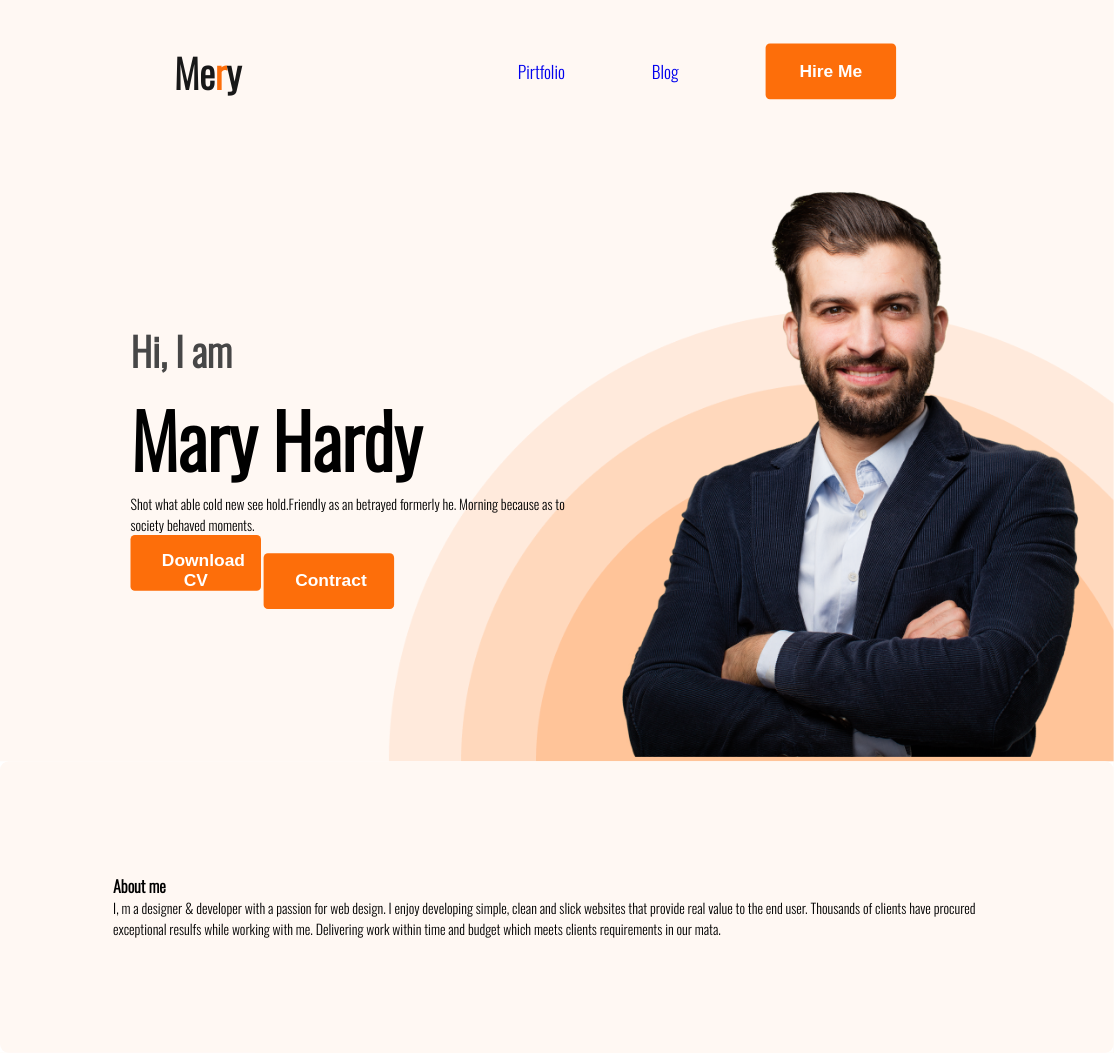
Repository: sumonkumarsarkar/my-website-personal
Page: index.html
These files come from the project's save history. The page is drawn as it stood at one moment and after the next save; the edit follows.
The browser window is 1280 px wide. The pictures show the whole page, at 87% of full size.

Above is the page before, as saved 2024-01-06 10:58:09.

After the next save:
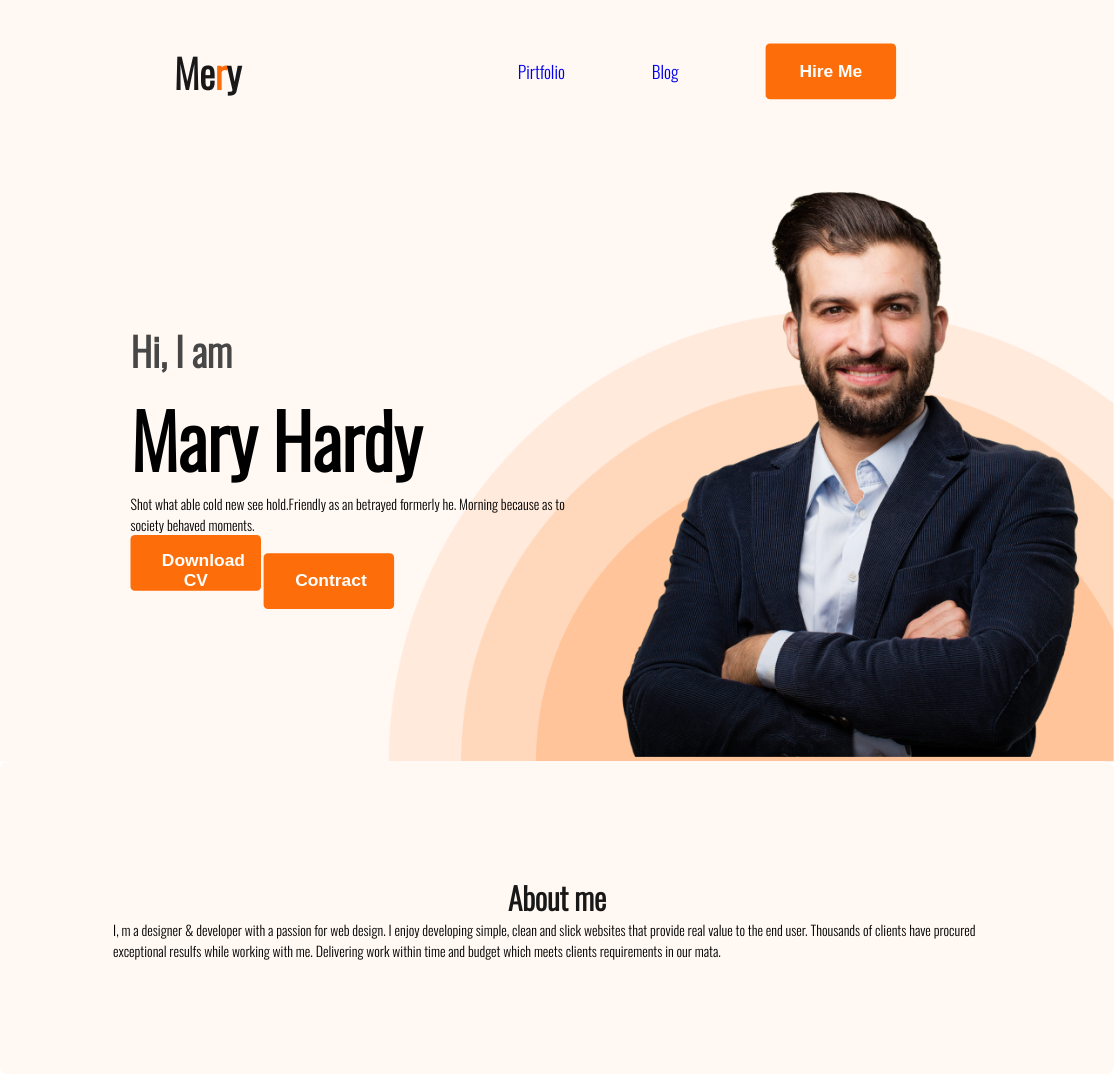
Saved 2 min 12 s later.
--- a/style.css
+++ b/style.css
@@ -1,97 +1,95 @@
-*{
-    margin: 0;
-    padding: 0;
+* {
+  margin: 0;
+  padding: 0;
 }
-body{
-    font-family: 'Open Sans', sans-serif;
-      font-family: 'Oswald', sans-serif;
+body {
+  font-family: "Open Sans", sans-serif;
+  font-family: "Oswald", sans-serif;
 }
-nav{
-    display: flex;
-   align-items: center;
-    justify-content:space-between;
-    margin: 0 200px;
+nav {
+  display: flex;
+  align-items: center;
+  justify-content: space-between;
+  margin: 0 200px;
 }
 
-.nav-title{
-    font-size:45px;
-    color:#181818;
-    line-height: normal;
-    font-weight: 800;
+.nav-title {
+  font-size: 45px;
+  color: #181818;
+  line-height: normal;
+  font-weight: 800;
 }
-.text-primary{
-
-    color:#FD6E0A;
-
+.text-primary {
+  color: #fd6e0a;
 }
-nav ul{
-    display:flex;
-   align-items: center;
+nav ul {
+  display: flex;
+  align-items: center;
 }
-nav a{
-    text-decoration:none;
+nav a {
+  text-decoration: none;
 }
-nav li{
- list-style: none;
- margin:50px;
-font-size:20px;
-color:#474747;
-text-align:center;
+nav li {
+  list-style: none;
+  margin: 50px;
+  font-size: 20px;
+  color: #474747;
+  text-align: center;
 }
 
-
-.section-title{
-
+.section-title {
+    color:#181818;
+    text-align: center;
+    font-size: 35px;
+    font-weight: 700;
 }
 
-.btn-button{
-    height:64px;
-    width: 150px;
-    color: #ffff;
-    background: #FD6E0A;
-    border-radius: 5px;
-    font-size: 20px;
-    border:0;
-    font-weight: 700;
-    padding: 18px 36px;
+.btn-button {
+  height: 64px;
+  width: 150px;
+  color: #ffff;
+  background: #fd6e0a;
+  border-radius: 5px;
+  font-size: 20px;
+  border: 0;
+  font-weight: 700;
+  padding: 18px 36px;
 }
 
-.header{
-
-    background: #FFF8F3;
-    background-image: url(./images/header_bg.png);
-    background-repeat: no-repeat;
-    background-position: bottom right;
+.header {
+  background: #fff8f3;
+  background-image: url(./images/header_bg.png);
+  background-repeat: no-repeat;
+  background-position: bottom right;
 }
-.banner{
-    padding: 30px 30px 0 150px;
-    display: flex;
-    align-items: center;
-    justify-content: space-between;
+.banner {
+  padding: 30px 30px 0 150px;
+  display: flex;
+  align-items: center;
+  justify-content: space-between;
 }
-.banner-part{
-    max-width:500px;
+.banner-part {
+  max-width: 500px;
 }
-.banner .profile-picture{
-    height:676px;
-    width: 584px;
+.banner .profile-picture {
+  height: 676px;
+  width: 584px;
 }
-.banner-greeting{
-    font-size: 45px;
-    color: #474747;
-    margin-bottom: 5px;
+.banner-greeting {
+  font-size: 45px;
+  color: #474747;
+  margin-bottom: 5px;
 }
-.banner-title{
-    font-size: 85px;
-    font-weight: 700;
-    margin-top: 5px;
+.banner-title {
+  font-size: 85px;
+  font-weight: 700;
+  margin-top: 5px;
 }
 
 /* main section   */
 /* about section  */
-.about{
-    padding: 130px;
-    border-radius: 10px;
-    background: #FFF8F3;
-
+.about {
+  padding: 130px;
+  border-radius: 10px;
+  background: #fff8f3;
 }
